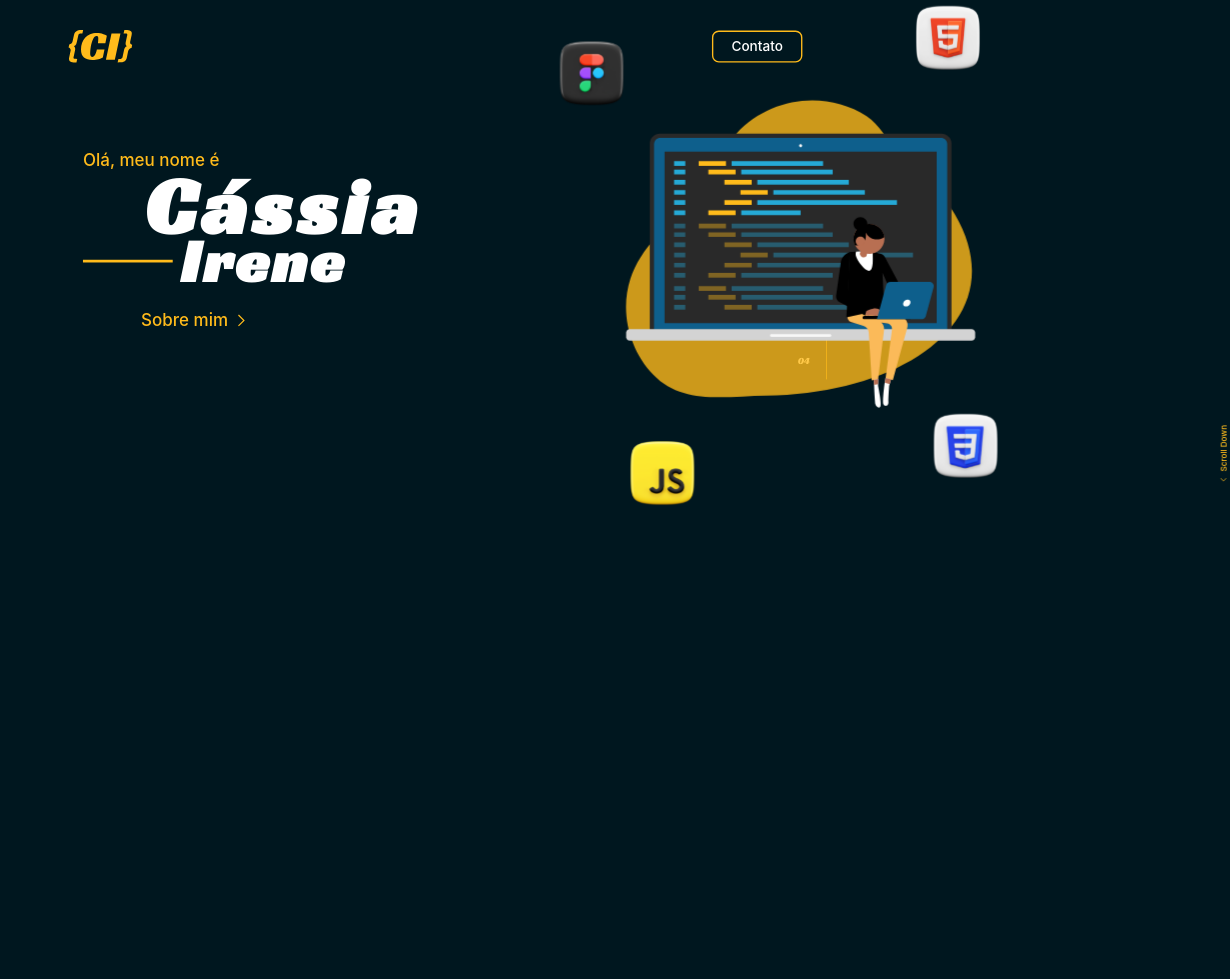
Repository: Cassia-Irene/My-Portfolio
Page: /
An editor plug-in stored every save of this project. The page is shown before and after a run of saves, followed by the edit.
The browser window is 1280 px wide. The page is 1809 px wide, so the pictures cover 1809 px, including what lies to the right of the window. The pictures show the whole page, at 68% of full size.
The project was rebuilt for these pictures with package versions that can differ from the ones it lists, and the page was loaded fresh each time. Also part of the build but not shown: vite.config.ts.

Above is the page before, as saved 2025-08-03 22:07:04.

### index.html
<!doctype html>
<html lang="en">
  <head>
    <meta charset="UTF-8" />
    <link rel="icon" type="image/svg+xml" href="./src/assets/logo.svg" />
    <meta name="viewport" content="width=device-width, initial-scale=1.0" />
    <link rel="preconnect" href="https://fonts.googleapis.com">
    <link rel="preconnect" href="https://fonts.gstatic.com" crossorigin>
    <link href="https://fonts.googleapis.com/css2?family=Racing+Sans+One&display=swap" rel="stylesheet">
    <title>Cássia Nascimento</title>
  </head>
  <body>
    <div id="root"></div>
    <script type="module" src="/src/main.tsx"></script>
  </body>
</html>

### src/index.css
* {
  padding: 0;
  margin: 0;
}

body {
  margin: 0;
  display: flex;
  place-items: center;
  min-width: 320px;
  min-height: 100vh;
}

body {
  background-color: #00171F;
}

### src/App.tsx
import React from "react";
import GlobalStyle from './GlobalStyle';
import Header from './Header';
import Hero from './Hero';
import SidebarNavigation from "./SidebarNavigation";
import SobreMim from './SobreMim';

const App: React.FC = () => {

  return (
    <>
    <SidebarNavigation />
      <GlobalStyle />
      <Header />
      <Hero />
      <SobreMim />
    </>
  );
};

export default App;

### src/GlobalStyle.ts
import { createGlobalStyle } from 'styled-components';

const GlobalStyle = createGlobalStyle`
  * {
    box-sizing: border-box;
  }

  body {
    margin: 0;
    padding: 0;
    overflow-x: hidden;
  }
  ::-webkit-scrollbar {
    width: 8px;
  }

`;

export default GlobalStyle;

### src/Header.tsx
import styled from "styled-components";

const HeaderContainer = styled.header`
    width: 100%;
    position: fixed;
    top: 30px;
    display: flex;
    justify-content: space-between;
    align-items: center;
    padding: 0 100px;
}
`;

const Logo = styled.img`
    width: 95px;
    height: 76px;

`;

const ContatoButton = styled.button`
    width: 133px;
    height: 47px;
    border: solid 2px #FFBB1B;
    border-radius: 10px;
    background-color: transparent;
    color: #FFFFFF;
    font-family: 'Inter', sans-serif;
    font-weight: 500;
    font-size: 20px;
    cursor: pointer;
    transition: all 0.3s ease-out;

    &:hover {
        background-color: #FFBB1B;
        font-weight: 500;
    }

`;

const Header = () => {
  return (
    <HeaderContainer>
        <Logo src="/src/assets/logo.svg" alt="Logo" />
      <ContatoButton>Contato</ContatoButton>
    </HeaderContainer>
  );
};

export default Header;

### src/Hero.tsx
import styled from "styled-components";

import centralImg from "./assets/svg_central.svg";
import img1 from "./assets/svg_figma.svg";
import img2 from "./assets/svg_html.svg";
import img3 from "./assets/svg_js.svg";
import img4 from "./assets/svg_css.svg";
import ArrowRight from "./assets/svg_seta_hero_sobre-mim.svg";
import ArrowDown from "./assets/svg_seta-down.svg";

const HeroSection = styled.section`
  height: 100vh;
  display: flex;
  justify-content: space-between;
  align-items: center;
  padding: 0 122px;
  position: relative;
  gap: 107px;
`;

const Left = styled.div`
  display: flex;
  flex-direction: column;
`;

const Intro = styled.p`
  font-family: "Inter", sans-serif;
  font-size: 25px;
  font-weight: 500;
  color: #FFBB1B;
`;

const Name = styled.h1`
  font-size: 120px;
  font-family: "Racing Sans One", sans-serif;
  color: #FFFFFF;
  letter-spacing: 8px;
  position: relative;
  margin-top: -23px;
  left: 22%;
`;

const IreneWrapper = styled.div`
  display: flex;
  align-items: center;
  gap: 11px;
  margin-top: -51px;
`;

const Rectangle = styled.div`
  width: 132.02px;
  height: 4px;
  background-color: #ffbb1b;
`;

const Irene = styled.h2`
  font-size: 90px;
  font-family: "Racing Sans One", sans-serif;
  color: #FFFFFF;
  letter-spacing: 4px;
`;

const AboutArrowIcon = styled.img`
  transition: transform 0.4s ease-in-out;
`;

const AboutButton = styled.button`
  display: flex;
  position: relative;
  left: 16%;
  align-items: center;
  background: transparent;
  padding: 10px 20px;
  cursor: pointer;
  border: none;
  font-family: "Inter", sans-serif;
  font-size: 25px;
  font-weight: 500;
  color: #ffbb1b;


  &:hover ${AboutArrowIcon} {
    transform: rotate(90deg);
  }
`;

const Right = styled.div`
  position: relative;
  width: 520px;
  height: 400px;
`;

const FloatingImg = styled.img<{ top?: string; left?: string; right?: string; bottom?: string }>`
  position: absolute;
  width: 100px;
  animation: float 4s ease-in-out infinite;
  ${({ top, left, right, bottom }) => `
    top: ${top || "auto"};
    left: ${left || "auto"};
    right: ${right || "auto"};
    bottom: ${bottom || "auto"};
  `}

  @keyframes float {
    0%, 100% {
      transform: translateY(0px);
    }
    50% {
      transform: translateY(-15px);
    }
  }
`;

const CentralImg = styled.img`
  width: 550px;
  height: 535.96px;
  position: absolute;
  top: -10%;
  left: 50%;
  transform: translate(-50%, -50%);
  animation: float 5s ease-in-out infinite;
`;

const ScrollDown = styled.button`
  position: absolute;
  bottom: 85px;
  left: 137%;
  transform: translateX(-50%);
  background: none;
  border: none;
  cursor: pointer;
  display: flex;
  align-items: center;
  gap: 2px;
  font-family: "Inter", sans-serif;
  font-size: 12px;
  font-weight: 500;
  white-space: nowrap;
  color: #ffbb1b;
  rotate: 270deg;

  img {
    width: 20px;
    height: 20px;
    rotate: 90deg;
    }

  &:hover img {
    transform: translateY(5px);
    transition: 0.3s ease;
  }
`;

const Hero = () => {
  const scrollToNext = () => {
    const nextSection = document.getElementById("next");
    if (nextSection) {
      nextSection.scrollIntoView({ behavior: "smooth" });
    }
  };

  return (
    <HeroSection id="section-00">
      {/* Lado Esquerdo */}
      <Left>
        <Intro>Olá, meu nome é</Intro>
        <Name>Cássia</Name>
        <IreneWrapper>
          <Rectangle />
          <Irene>Irene</Irene>
        </IreneWrapper>
        <AboutButton>
          Sobre mim <AboutArrowIcon src={ArrowRight} alt="Seta para a direita" />
        </AboutButton>
      </Left>

      {/* Lado Direito */}
      <Right>
        <CentralImg src={centralImg} alt="Principal" />
        <FloatingImg src={img1} top="-22%" left="35%" />
        <FloatingImg src={img2} top="-35%" right="-55%" />
        <FloatingImg src={img3} bottom="-50%" left="55%" />
        <FloatingImg src={img4} bottom="-40%" right="-60%" />
      </Right>

      {/* Scroll Down */}
      <ScrollDown onClick={scrollToNext}>
        <img src={ArrowDown} alt="Scroll Down" />
        Scroll Down
      </ScrollDown>
    </HeroSection>
  );
};

export default Hero;

### src/SidebarNavigation.tsx
import { useEffect, useRef, useState } from "react";
import styled from "styled-components";

const sections = ["00", "01", "02", "03", "04"];

const SidebarNavigation = () => {
  const [activeIndex, setActiveIndex] = useState(0);
  const [hoverIndex, setHoverIndex] = useState<number | null>(null);
  const barRef = useRef<HTMLDivElement>(null);

  useEffect(() => {
    const observer = new IntersectionObserver(
      (entries) => {
        entries.forEach((entry) => {
          if (entry.isIntersecting) {
            const index = Number(entry.target.id.split("-")[1]);
            setActiveIndex(index);
          }
        });
      },
      { threshold: 0.6 }
    );

    sections.forEach((_, index) => {
      const el = document.getElementById(`section-${index}`);
      if (el) observer.observe(el);
    });

    return () => observer.disconnect();
  }, []);

  useEffect(() => {
    const heightPerItem = 54; // mesma altura dos dots
    const targetIndex = hoverIndex !== null ? hoverIndex : activeIndex;

    if (barRef.current) {
      barRef.current.style.transform = `translateY(${targetIndex * heightPerItem}px)`;
    }
  }, [activeIndex, hoverIndex]);

  const handleClick = (index: number) => {
    const target = document.getElementById(`section-${index}`);
    if (target) {
      target.scrollIntoView({ behavior: "smooth" });
    }
  };

const SidebarContainer = styled.div`
  position: fixed;
  top: 40%;
  left: 93%;
  width: 50px;
  display: flex;
`;


const DotsWrapper = styled.div`
  display: flex;
  height: 270px;
`;

const Line = styled.div`
  width: 0.5px;
  height: 100%;
  background-color: #FFBB1B;
  z-index: 0;
  position: relative;
  left: 25px;
`;

const ActiveBar = styled.div`
  position: absolute;
  width: 2.5px;
  height: 54px;
  background-color: #ffbb1b;
  transition: transform 0.6s ease-in-out;
  z-index: 1;
  left: 23px;
`;

const Dots = styled.div`
  display: flex;
  flex-direction: column;
  gap: 0px;
  z-index: 2;
  position: relative;
  right: 40px;
`;

const Dot = styled.button<{ isActive: boolean }>`
  width: 40px;
  height: 54px;
  background: none;
  border: none;
  color: #FFFFFF;
  font-size: 14px;
  font-family: "Racing Sans One", sans-serif;
  cursor: pointer;
  display: flex;
  align-items: center;
  justify-content: flex-end;

  &:hover {
    color: #ffbb1b;
`;

  return (
    <SidebarContainer>
      <DotsWrapper>
        <Line />
        <ActiveBar ref={barRef} />
        <Dots>
          {sections.map((label, index) => (
            <Dot
              key={index}
              onClick={() => handleClick(index)}
              onMouseEnter={() => setHoverIndex(index)}
              onMouseLeave={() => setHoverIndex(null)}
              isActive={activeIndex === index}
            >
              {label}
            </Dot>
          ))}
        </Dots>
      </DotsWrapper>
    </SidebarContainer>
  );
};

export default SidebarNavigation;

### src/SobreMim.tsx
import styled from "styled-components";

const SobreMim = styled.section`
  height: 100vh;
  display: flex;
  justify-content: space-between;
  align-items: center;
  padding: 0 122px;
  position: relative;
  gap: 107px;
`;
export default SobreMim;

Loaded but not shown: src/main.tsx (common file)

After the next 2 saves:
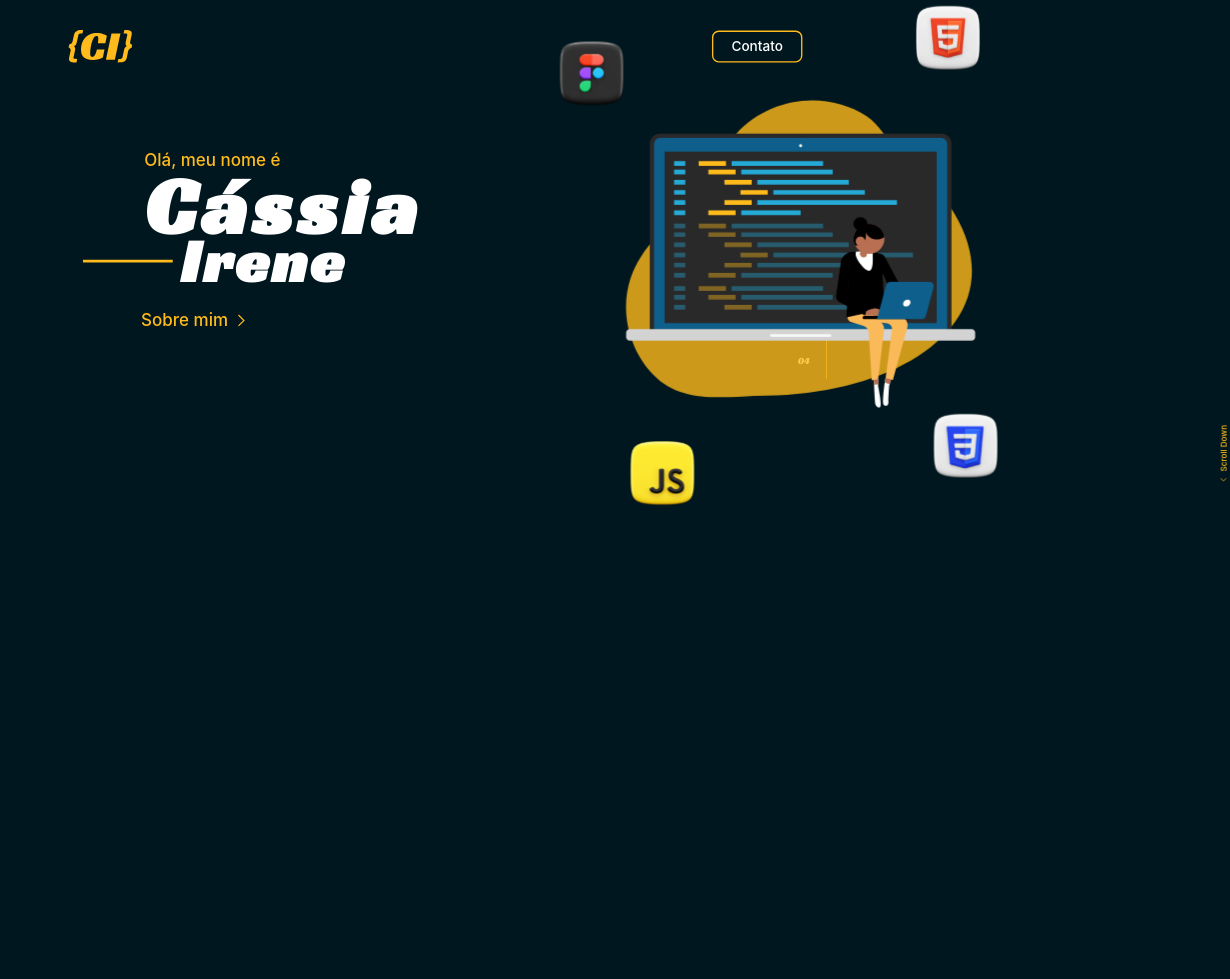
The 2 saves are shown as one change because they came seconds apart.
The last was saved 20 s later.
--- a/src/Hero.tsx
+++ b/src/Hero.tsx
@@ -28,6 +28,8 @@ const Intro = styled.p`
   font-size: 25px;
   font-weight: 500;
   color: #FFBB1B;
+  position: relative;
+  left: 22%;
 `;
 
 const Name = styled.h1`
